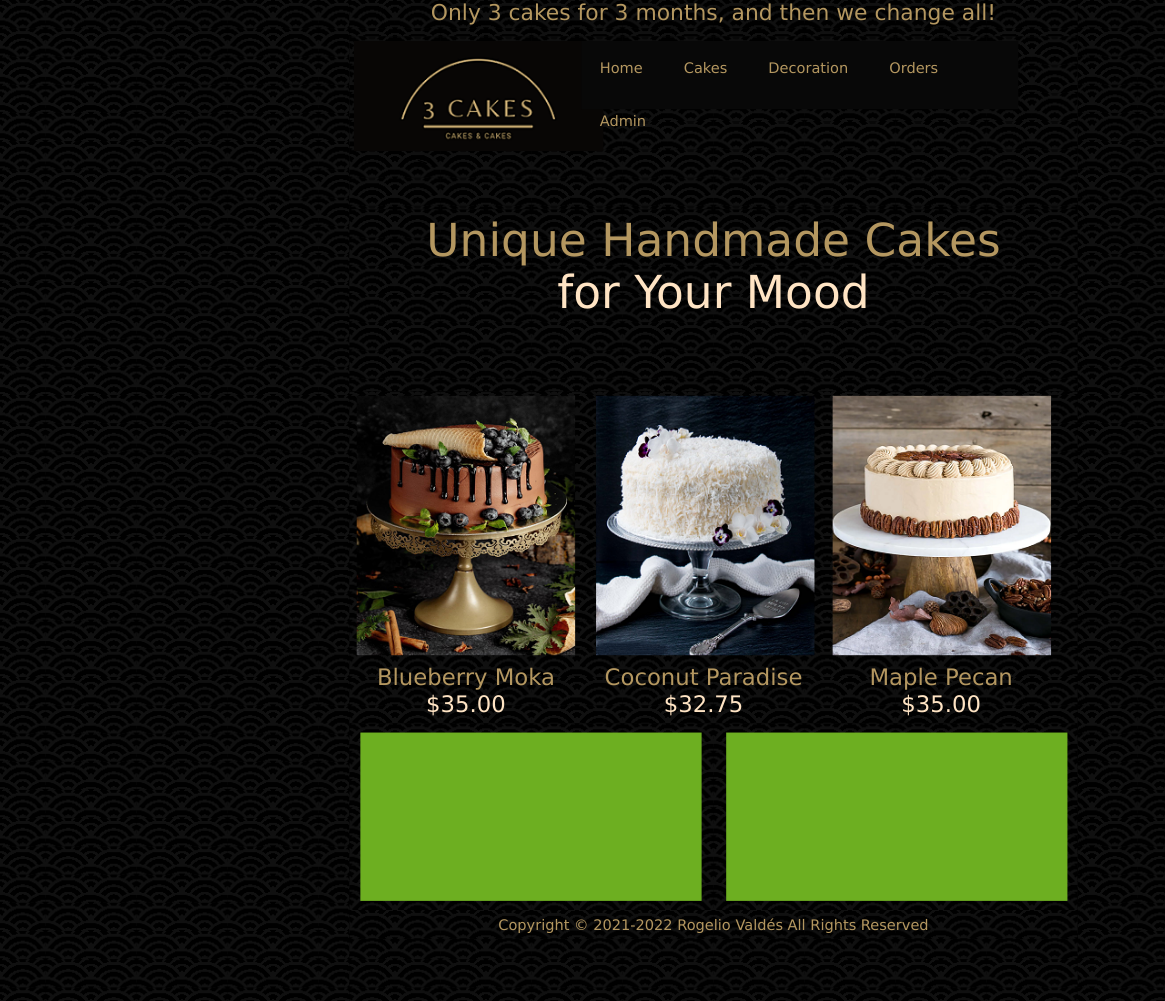
Repository: roge64/htmlfrontend
Page: index.html
These files come from the project's save history. The page is drawn as it stood at one moment and after the next save; the edit follows.
The browser window is 1280 px wide. The pictures show the whole page, at 91% of full size.

Above is the page before, as saved 2022-03-03 21:18:58.

### index.html
<!DOCTYPE html>
<html lang="en">
<head>
    <meta charset="UTF-8">
    <meta http-equiv="X-UA-Compatible" content="IE=edge">
    <meta name="viewport" content="width=device-width, initial-scale=1.0">
    <title>3 Cakes</title>
    <link rel="stylesheet" href="estilos/estilos.css">
</head>

<section>

    <section id="container">

        <header>
            <p style="color:#b49760"> Only 3 cakes for 3 months, and then we change all! </p>
            <!-- <h1> <a href="index.html"><img src="/img/logob.png" alt="logo.png"></a> </h1> -->
        </header>

        <section id="banner">

            <!-- <h1> <a href="index.html"><img src="/img/logob.png" alt="logo.png"></a> </h1> -->
            <!-- <article> <a href="index.html"><img src="/img/logob.png" alt="logo.png"></a> </article> -->

            <article id="banner1"  <a href="index.html"> <img src="/img/logob.png"  alt="logo.png"></a>></article>
            <article id="banner2">
                <ul class="menu">

                <li><a href="#home"></a>Home</li>
                <li><a href="#cakes"></a>Cakes</li>
                <li><a href="#decor"></a>Decoration</li>
                <li><a href="#order"></a>Orders</li>
                <li><a href="#admin"></a>Admin</li>
            </ul></article>

        </section>

        <section id="noticias">

            <article id="news1">
                <p style="color:#b49760"> Unique Handmade Cakes</p>
                <p style="color: bisque"> for Your Mood</p>
            </article>


        </section>

        <section id="tienda">
            <article id="cake1"> <img src="/img/cake1.png"  alt="logo.png"></article>
            <article id="cake2"> <img src="/img/cake2.png"  alt="logo.png"></article>
            <article id="cake3"> <img src="/img/cake3.png"  alt="logo.png"></article>
        </section>


        <section id="names">
            <article id="name1">
                <p style="color:#b49760"> Blueberry Moka</p>
                <p style="color: bisque"> $35.00</p>
            </article>
            <article id="name2">
                <p style="color:#b49760"> Coconut Paradise</p>
                <p style="color: bisque"> $32.75</p>
            </article>
            <article id="name3">
                <p style="color:#b49760"> Maple Pecan</p>
                <p style="color: bisque"> $35.00</p>
            </article>
        </section>


        <section id="marcas">
            <article id="mark1"></article>
            <article id="mark2"></article>
        </section>

        <footer>
            <p style="color:#b49760"> Copyright &copy; 2021-<script>document.write(new Date().getFullYear())</script> Rogelio Valdés All Rights Reserved</p>
            <article id="footer1"></article>
        </footer>

    </section>

</body>

</html>

### estilos/estilos.css
*{
    border: 0 ;
    margin: 0 ;
    padding: 0;
}

body{
    font-family: Geneva;
    background-color: rgb(0, 0, 0);
    width:40%;
    margin-left:auto;
    margin-right:auto;

    background-color:black;
background-image:
radial-gradient(circle at 100% 150%, black 24%, #101010 24%, #101010 28%, black 28%, black 36%, #101010 36%, #101010 40%, transparent 40%, transparent),
radial-gradient(circle at 0    150%, black 24%, #101010 24%, #101010 28%, black 28%, black 35%, #101010 36%, #101010 40%, transparent 40%, transparent),
radial-gradient(circle at 50%  100%, #101010 10%, black 10%, black 23%, #101010 23%, #101010 30%, black 30%, black 43%, #101010 43%, #101010 50%, black 50%, black 63%, #101010 63%, #101010 71%, transparent 71%, transparent),
radial-gradient(circle at 100% 50%, #101010 5%, black 5%, black 15%, #101010 15%, #101010 20%, black 20%, black 29%, #101010 29%, #101010 34%, black 34%, black 44%, #101010 44%, #101010 49%, transparent 49%, transparent),
radial-gradient(circle at 0    50%, #101010 5%, black 5%, black 15%, #101010 15%, #101010 20%, black 20%, black 29%, #101010 29%, #101010 34%, black 34%, black 44%, #101010 44%, #101010 48%, transparent 49%, transparent);
background-size: 50px 31px;
/*     background-image: url("/img/papyrus-dark.png"); */
}

.menu{
    list-style: none;
    padding: 0;
    background: #080808;
    width: 80%;
    height: 75px;
    max-width: 500px;
    margin: auto;
}

.menu li{
    text-decoration: none;
    color: #b49760;
    padding: 20px;
    display: block;
}

.menu li{
    display: inline-block;
    text-align: right;
}

.menu li:hover{
    background:rgb(41, 23, 3);
}


#container, header, #banner, #noticias, #marcas, footer{
    /* background-color:rgb(255, 255, 255); */
    background-color:black;
background-image:
radial-gradient(circle at 100% 150%, black 24%, #101010 24%, #101010 28%, black 28%, black 36%, #101010 36%, #101010 40%, transparent 40%, transparent),
radial-gradient(circle at 0    150%, black 24%, #101010 24%, #101010 28%, black 28%, black 35%, #101010 36%, #101010 40%, transparent 40%, transparent),
radial-gradient(circle at 50%  100%, #101010 10%, black 10%, black 23%, #101010 23%, #101010 30%, black 30%, black 43%, #101010 43%, #101010 50%, black 50%, black 63%, #101010 63%, #101010 71%, transparent 71%, transparent),
radial-gradient(circle at 100% 50%, #101010 5%, black 5%, black 15%, #101010 15%, #101010 20%, black 20%, black 29%, #101010 29%, #101010 34%, black 34%, black 44%, #101010 44%, #101010 49%, transparent 49%, transparent),
radial-gradient(circle at 0    50%, #101010 5%, black 5%, black 15%, #101010 15%, #101010 20%, black 20%, black 29%, #101010 29%, #101010 34%, black 34%, black 44%, #101010 44%, #101010 48%, transparent 49%, transparent);
background-size: 50px 31px;

    height: 1100px;
    width: 800px;

}

header{
/*     background-color:antiquewhite;
 */
    height: 40px;
    text-align: center;
    font-size: x-large;

}

#banner{
    background-color:#080808;
/*     background-color:rgb(25, 25, 25); */
    width: 600;
    height: 190px;


}


#noticias{
/*     background-color: antiquewhite;
 */
    height: 200px;
}

#tienda #names{
/*     background-color: grey; */
/* background-color:black;
background-image:
radial-gradient(circle at 100% 150%, black 24%, #101010 24%, #101010 28%, black 28%, black 36%, #101010 36%, #101010 40%, transparent 40%, transparent),
radial-gradient(circle at 0    150%, black 24%, #101010 24%, #101010 28%, black 28%, black 35%, #101010 36%, #101010 40%, transparent 40%, transparent),
radial-gradient(circle at 50%  100%, #101010 10%, black 10%, black 23%, #101010 23%, #101010 30%, black 30%, black 43%, #101010 43%, #101010 50%, black 50%, black 63%, #101010 63%, #101010 71%, transparent 71%, transparent),
radial-gradient(circle at 100% 50%, #101010 5%, black 5%, black 15%, #101010 15%, #101010 20%, black 20%, black 29%, #101010 29%, #101010 34%, black 34%, black 44%, #101010 44%, #101010 49%, transparent 49%, transparent),
radial-gradient(circle at 0    50%, #101010 5%, black 5%, black 15%, #101010 15%, #101010 20%, black 20%, black 29%, #101010 29%, #101010 34%, black 34%, black 44%, #101010 44%, #101010 48%, transparent 49%, transparent);
background-size: 50px 31px; */

    height: 300px;
    width: 780px;
    padding-left: 10px;
    padding-right: 10px;
    padding-top: 5px;
    text-align: center;
}

#marcas{
/*     background-color:rgb(58, 41, 18); */
    height: 205px;
}


footer{
    width: 800px;
/*     background-color:rgb(0, 0, 0); */
    text-align: center;
    height: 25px;
    padding-top: 7px;

}

#banner #banner1{
/*     background-color: rgb(180, 134, 73); */
    width: 150px;
    height: 145px;
    float: left;
    text-align: center;
/*     display: inline-block; */
    margin: 5px 5px;
}

#banner #banner2{
/*     background-color: rgb(180, 134, 73); */
    width: 600px;
    height: 145px;
    float: right;
/*     display: inline-block; */
    /* vertical-align: center;  */
    margin: 5px 5px;
}

#noticias #news1{
/*     background-color: rgb(41, 38, 34); */
    font-size: 50px;

    text-align: center;
    width: 790px;
    height: 200px;
    display: inline-block;
    vertical-align: center;
    margin: 5px 5px;

}


#tienda #cake1{
    background: rgb(109, 175, 33);
    width: 240px;
    height: 285px;
    display: inline-block;
    vertical-align: top;
    margin: 5px 8px;
}

#tienda #cake2{
    background: rgb(41, 23, 3);
    width: 240px;
    height: 285px;
    display: inline-block;
    vertical-align: top;
    margin: 5px 10px;
}

#tienda #cake3{
    background: rgb(175, 169, 112);
    width: 240px;
    height: 285px;
    display: inline-block;
    vertical-align: top;
    margin: 5px 5px;
}

#names #name1{
    font-size: 25px;
    text-align: center;
    width: 240px;
    height: 60px;
    display: inline-block;
    vertical-align: top;
    margin: 5px 8px;
}

#names #name2{
    font-size: 25px;
    text-align: center;
    width: 240px;
    height: 60px;
    display: inline-block;
    vertical-align: top;
    margin: 5px 8px;
}

#names #name3{
    font-size: 25px;
    text-align: center;
    width: 240px;
    height: 60px;
    display: inline-block;
    vertical-align: top;
    margin: 5px 8px;
}

#marcas #mark1{
    background: rgb(109, 175, 33);
    width: 375px;
    height: 185px;
    display: inline-block;
    vertical-align: center;
    margin: 10px 12px;
}

#marcas #mark2{
    background: rgb(109, 175, 33);
    width: 375px;
    height: 185px;
    display: inline-block;
    vertical-align: center;
    margin: 10px 10px;
}
/*
#footer #footer1{
    background-color:antiquewhite;
    text-align: center;
    height: 20px;
} */

After the next save:
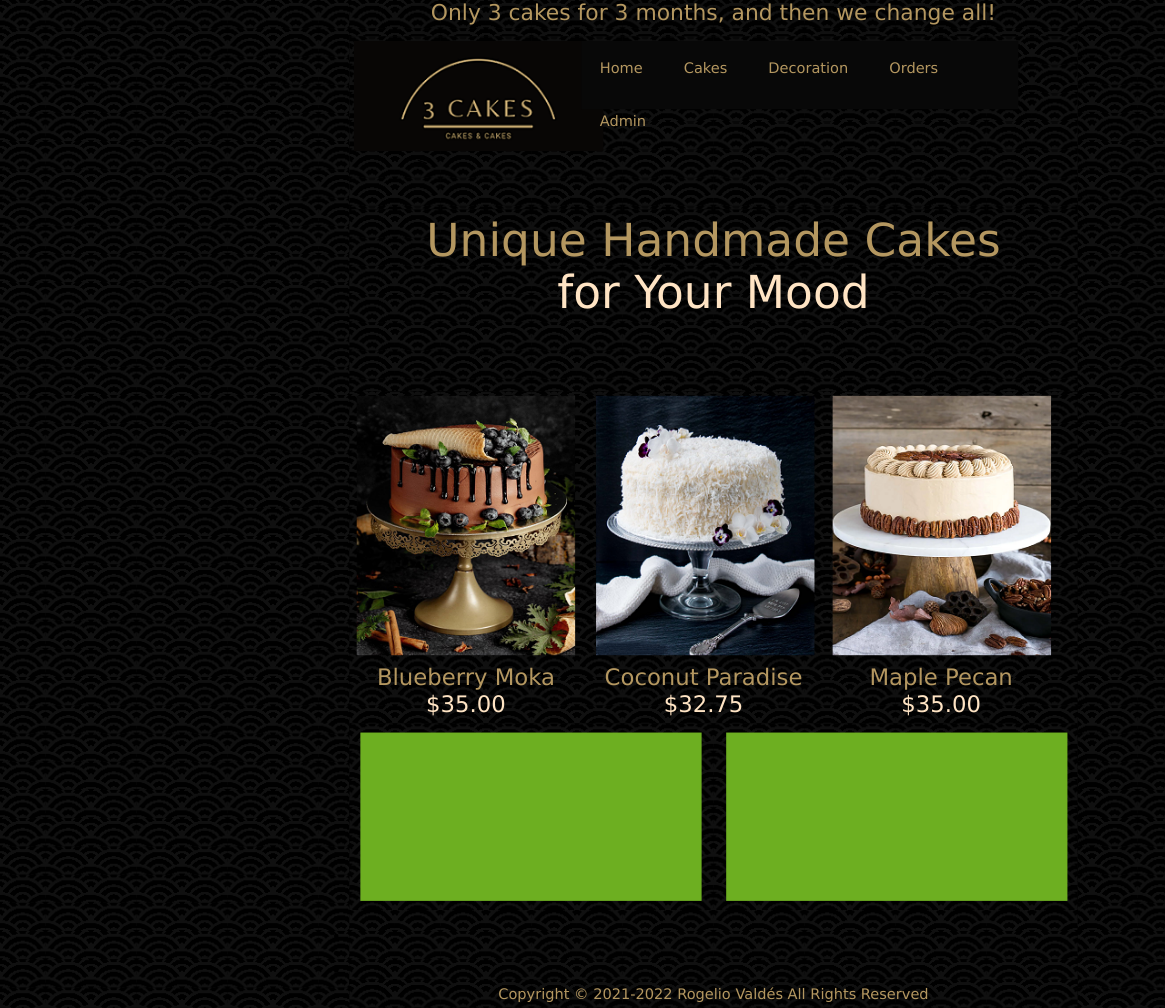
Saved 8 min 21 s later.
--- a/index.html
+++ b/index.html
@@ -73,6 +73,11 @@
             <article id="mark2"></article>
         </section>
 
+        <div class="lte-social lte-nav-second lte-type-">
+            <ul><li><a href="#" target="_self" rel="noopener noreferrer"><span class="queeny_fa5_icons fab fa-twitter"></span></a></li><li><a href="#" target="_self" rel="noopener noreferrer"><span class="queeny_fa5_icons fab fa-facebook-f"></span></a></li><li><a href="#" target="_self" rel="noopener noreferrer"><span class="queeny_fa5_icons fab fa-instagram"></span></a></li><li><a href="#" target="_self" rel="noopener noreferrer"><span class="queeny_fa5_icons fab fa-youtube"></span></a></li></ul>
+
+        </div>
+
         <footer>
             <p style="color:#b49760"> Copyright &copy; 2021-<script>document.write(new Date().getFullYear())</script> Rogelio Valdés All Rights Reserved</p>
             <article id="footer1"></article>
